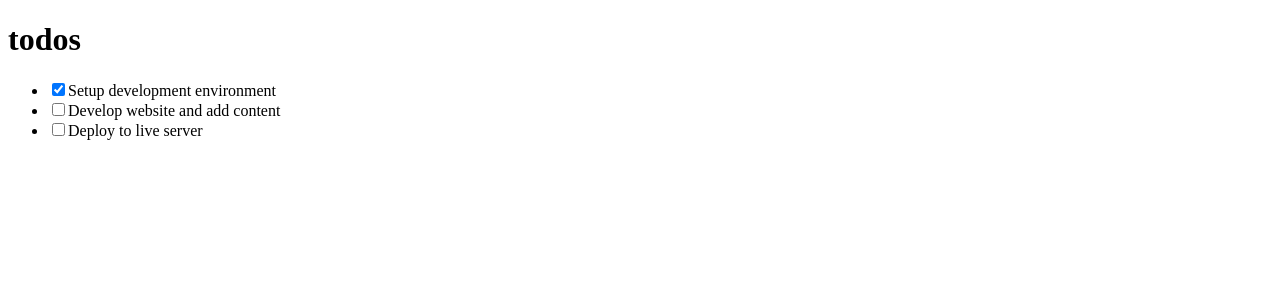
Repository: kennedyowusu/react-todo-app
Page: /
The author's editor kept a copy of each file at every save. The page is drawn from the files as they stood at one save, then again after the next save.
The browser window is 1280 px wide. The pictures show the whole page.
The project was rebuilt for these pictures with package versions that can differ from the ones it lists, and the page was loaded fresh each time.

Above is the page before, as saved 2023-01-16 11:27:09.

### src/index.js
import React from 'react'
import ReactDOM from 'react-dom'
//component file
import TodoContainer from './components/TodoContainer'

ReactDOM.render(
  <React.StrictMode>
    <TodoContainer />
  </React.StrictMode>,
  document.getElementById('root')
)

### src/components/TodoContainer.js
import React from 'react'
import TodosList from './TodosList'
import Header from './Header'

class TodoContainer extends React.Component {
  state = {
    todos: [
      {
        id: 1,
        title: 'Setup development environment',
        completed: true,
      },
      {
        id: 2,
        title: 'Develop website and add content',
        completed: false,
      },
      {
        id: 3,
        title: 'Deploy to live server',
        completed: false,
      },
    ],
  }

  handleChange = (id) => {
    this.setState((prevState) => ({
      todos: prevState.todos.map((todo) => {
        if (todo.id === id) {
          return {
            ...todo,
            completed: !todo.completed,
          }
        }
        return todo
      }),
    }))
  }

  delTodo = (id) => {
    console.log('deleted', id)
  }

  render() {
    return (
      <div>
        <Header />
        <TodosList
          todos={this.state.todos}
          handleChangeProps={this.handleChange}
        />
      </div>
    )
  }
}
export default TodoContainer

### src/components/TodosList.js
import React from 'react'
import TodoItem from './TodoItem'

class TodosList extends React.Component {
  render() {
    return (
      <ul>
        {this.props.todos.map((todo) => (
          <TodoItem
            key={todo.id}
            todo={todo}
            handleChangeProps={this.props.handleChangeProps}
          />
        ))}
      </ul>
    )
  }
}

export default TodosList

### src/components/TodoItem.js
import React from 'react'

class TodoItem extends React.Component {
  render() {
   return (
     <>
       <li>
         <input
           type='checkbox'
           checked={this.props.todo.completed}
           onChange={() => this.props.handleChangeProps(this.props.todo.id)}
         />
         {this.props.todo.title}
       </li>
     </>
   )
  }
}

export default TodoItem

Loaded but not shown: public/index.html (common file); src/components/Header.js (common file)

After the next save:
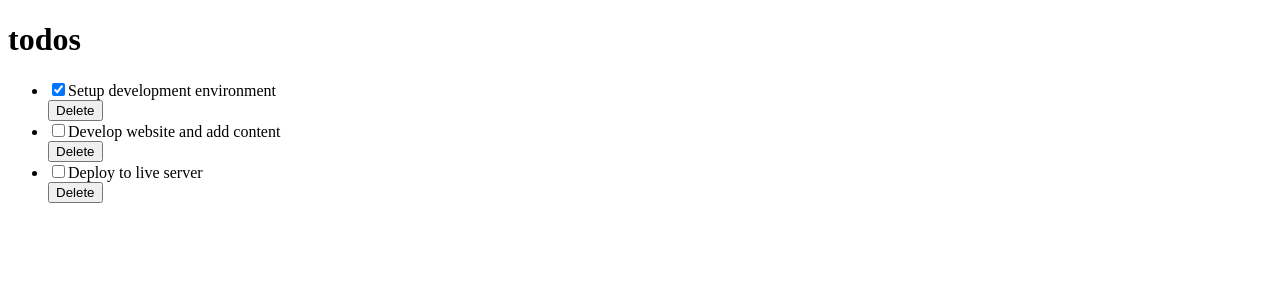
Saved 5 s later.
--- a/src/components/TodoItem.js
+++ b/src/components/TodoItem.js
@@ -12,6 +12,7 @@ class TodoItem extends React.Component {
          />
          {this.props.todo.title}
        </li>
+       <button>Delete</button>
      </>
    )
   }
